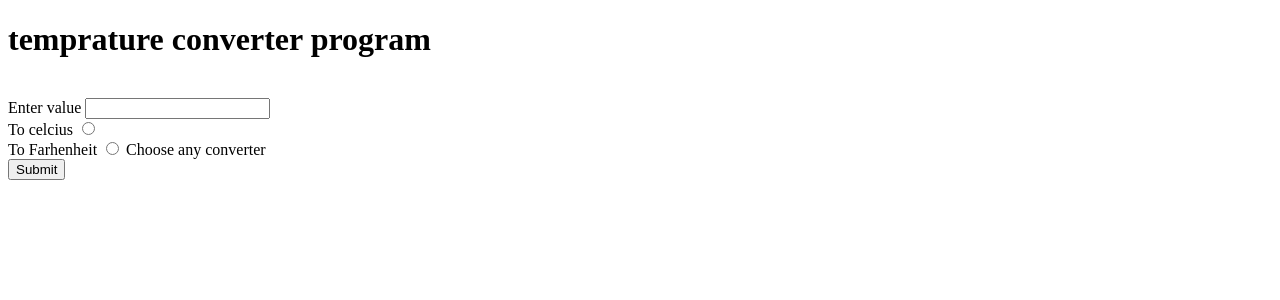
Repository: albinsabu2023/Stopwatch-program
Page: index.html
These files come from the project's save history. The page is drawn as it stood at one moment and after the next save; the edit follows.
The browser window is 1280 px wide. The pictures show the whole page.

Above is the page before, as saved 2023-03-02 22:49:05.

### index.html
<!DOCTYPE html>

<head>
    <meta charset="UTF-8">
    <meta http-equiv="X-UA-Compatible" content="IE=edge">
    <meta name="viewport" content="width=device-width, initial-scale=1.0">
    <link rel="stylesheet" href="style.css">
    <title>Document</title>
</head>
    <h1>temprature converter program</h1><br>
    <label>Enter value</label>
    <input type="text" id="text"></input><br>
    <label> To celcius</label>
    <input type="radio"  id="cel"></input><br>
    <label> To Farhenheit</label>
    <input type="radio" id="far"></input>
    <label id="ans"> Choose any converter</label><br>
    <button type="submit" id ="submit">Submit</button>
    <script src="index.js"></script>
</body>
</html>

### index.js
//SCOPE
/** let is limited to block
 *  var is referenced to a function
 * for(var i){
 * }
 * console.log(i) /// ERRROR!!!! cant acces
 *
 */

//locale and options
//  -----------------------
// let num = 1234.56;
// num = num.toLocaleString("en-us"); ///english usa
// console.log(num);
// num = num.toLocaleString("hi-In"); //hindi india
// console.log(num);
// num = num.toLocaleString("de-De"); //standard german
// console.log(num);
//  convert to currency
//  TO CURRENCY
//------------------

// let num = 12345.467;
// num = num.toLocaleString("en-US", { style: "currency", currency: "INR" });
// console.log(num);
//TO UNIT AND PERCENTAGE
//-----------------------------------
// num = num.toLocaleString("undefined", { style: "percentage", });
// num = num.toLocaleString("undefined", { style: "unit",,unit:"celcius" });

//NUMBER GUESSING PROGRAM
{
  /* <h1>Number Guessing Game</h1>
    <p>Pick a number between 1 to 10</p>
    <label>enter a guess</label>
    <input id="guess" type="text"></input>
    <input type="submit" id="submit"></input> */
}
// const ans = Math.floor(Math.random() * 10 + 1);
// let guess = 0;
// document.getElementById("submit").onclick = function () {
//   guess = document.getElementById("guess").value;
//   if (guess == ans) {
//     alert(`${ans} is the number it took ${guess} `);
//   } else if (guess < ans) {
//     console.log("too small");
//   } else if (guess > num) {
//     console.log("too big");
//   }
// };

//TEMPRATURE CONVERTER PROGRAM

Loaded but not shown: style.css (no stored copy; drawn as an empty file)

After the next save:
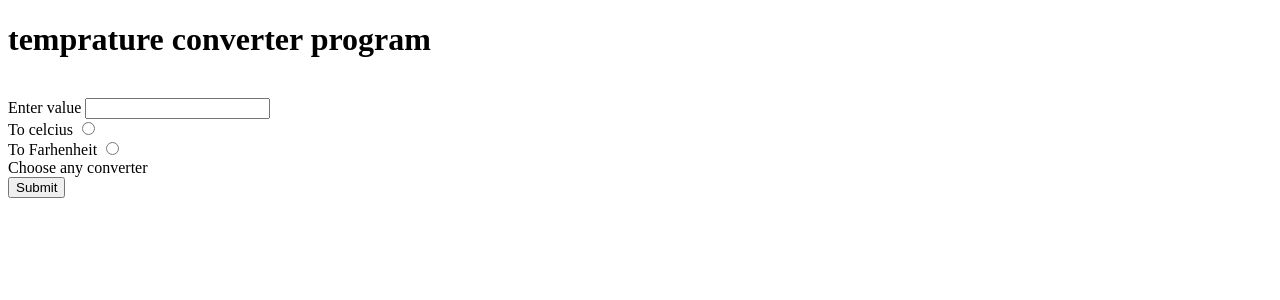
Saved 12 s later.
--- a/index.html
+++ b/index.html
@@ -13,7 +13,7 @@
     <label> To celcius</label>
     <input type="radio"  id="cel"></input><br>
     <label> To Farhenheit</label>
-    <input type="radio" id="far"></input>
+    <input type="radio" id="far"></input><br>
     <label id="ans"> Choose any converter</label><br>
     <button type="submit" id ="submit">Submit</button>
     <script src="index.js"></script>
